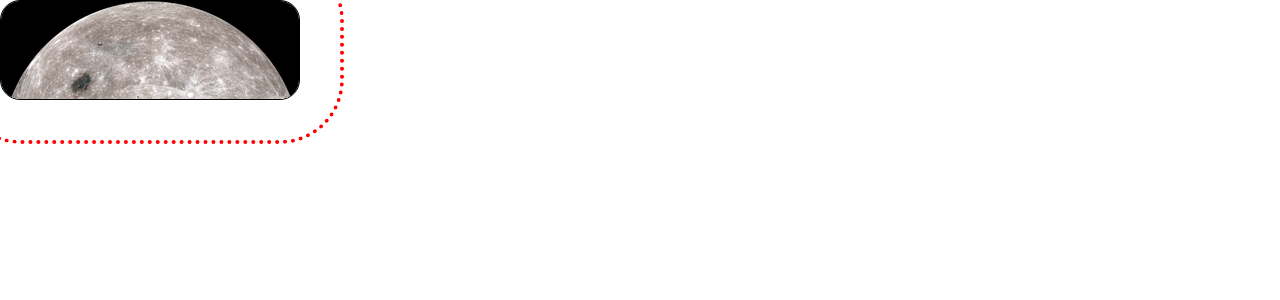
Repository: aSSasdy/assasdy.github.io
Page: index.html
An editor plug-in stored every save of this project. The page is shown before and after the next save, followed by the edit.
The browser window is 1280 px wide. The pictures show the whole page.

Above is the page before, as saved 2021-11-25 19:28:22.

### index.html
<!DOCTYPE html>
<html lang="en">
<head>
    <meta charset="UTF-8">
    <meta http-equiv="X-UA-Compatible" content="IE=edge">
    <meta name="viewport" content="width=device-width, initial-scale=1.0">
    <title>Document</title>
    <link rel="stylesheet" href="css/reset.css">
    <link rel="stylesheet" href="css/style.css">
</head>
<body>
    <div class="box">
        <img src="img/Moon_farside_LRO_color_mosaic.png">
    </div>
</body>
</html>

### css/reset.css
*, :before, :after{
	margin:0;
	padding:0;
	-webkit-box-sizing: border-box;
	-moz-box-sizing: border-box;
	box-sizing: border-box;
}
ol, ul {list-style: none;}
:focus {	outline: 0;}
::-webkit-input-placeholder{text-indent: 0px;   transition: text-indent 0.3s ease;font-family: inherit; color: #737B7D}
::-moz-placeholder{opacity: 1; transition: opacity 0.3s ease;font-family: inherit; color: #737B7D}
:-moz-placeholder{opacity: 1; transition: opacity 0.3s ease;font-family: inherit; color: #737B7D}
:-ms-input-placeholder{ text-indent: 0px;   transition: text-indent 0.3s ease;font-family: inherit; color: #737B7D}
:focus::-webkit-input-placeholder{ text-indent: -500px; transition: text-indent 0.3s ease;}
:focus::-moz-placeholder{opacity: 0; transition: opacity 0.3s ease;}
:focus:-moz-placeholder{opacity: 0; transition: opacity 0.3s ease;}
:focus:-ms-input-placeholder{ text-indent: -500px;   transition: text-indent 0.3s ease;}
table {
	border-collapse: collapse;
	border-spacing: 0;
}
label, input:not([type="checkbox"]),
input:not([type="radio"]) , button{
	-webkit-appearance:none;
	font-family: inherit;
}
label, input[type="submit"], button{cursor:pointer;}
img{border: none;}
html, body{
    height: 100%;
}
html{font-size: 62.5%;}
button:focus{outline: none!important}
input::-webkit-outer-spin-button,
input::-webkit-inner-spin-button {
    -webkit-appearance: none;
    margin: 0;
}
input:hover::-webkit-outer-spin-button,
input:hover::-webkit-inner-spin-button {
    display: none;
    -webkit-appearance: none;
    margin: 0;
}

### css/style.css
html{
    font-size: 65.5%;
}
.box{
    height: 100px;
    width: 300px;
    border-radius: 20px;
    background: blue;
    overflow: hidden;
    border: 1px solid black;
    outline: 4px dotted red;
    outline-offset: 40px;
}

After the next save:
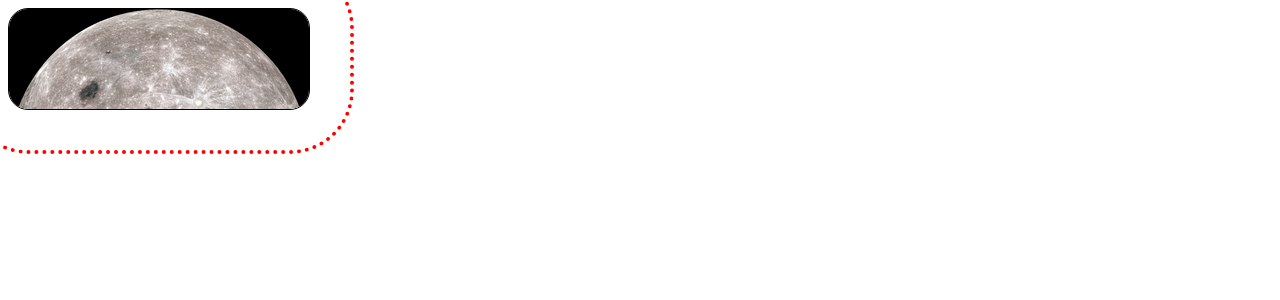
Saved 80 s later.
--- a/index.html
+++ b/index.html
@@ -5,7 +5,6 @@
     <meta http-equiv="X-UA-Compatible" content="IE=edge">
     <meta name="viewport" content="width=device-width, initial-scale=1.0">
     <title>Document</title>
-    <link rel="stylesheet" href="css/reset.css">
     <link rel="stylesheet" href="css/style.css">
 </head>
 <body>
